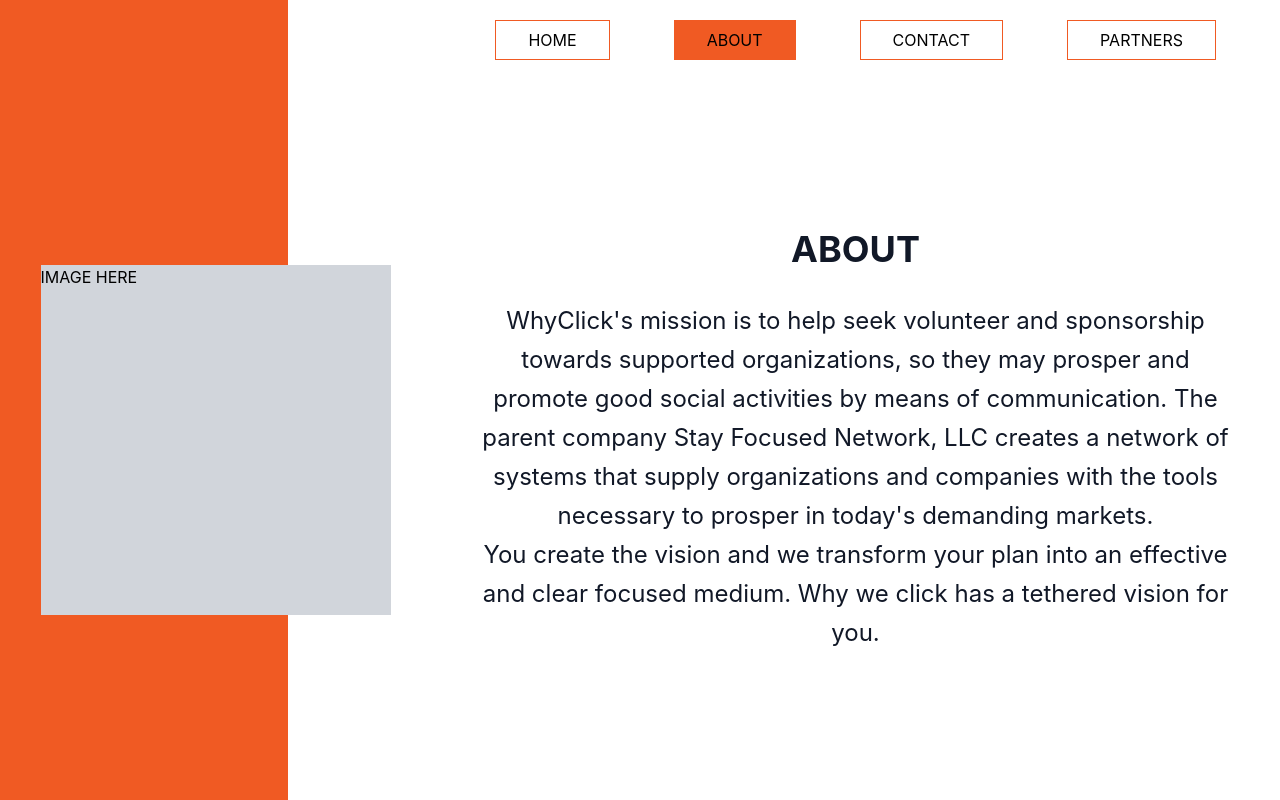
Repository: legenddev1202/whyclicktv
Page: /about
An editor plug-in stored every save of this project. The page is shown before and after the next save, followed by the edit.
The browser window is 1280 px wide. The pictures show the whole page.
The project was rebuilt for these pictures with package versions that can differ from the ones it lists, and the page was loaded fresh each time. Also part of the build but not shown: src/App.css, src/pages/home.js, src/pages/contact.js, src/pages/partners.js, src/pages/referral.js.

Above is the page before, as saved 2022-03-31 12:00:36.

### public/index.html
<!DOCTYPE html>
<html lang="en">
  <head>
    <meta charset="utf-8" />
    <link rel="icon" href="%PUBLIC_URL%/favicon.ico" />
    <meta name="viewport" content="width=device-width, initial-scale=1" />
    <meta name="theme-color" content="#000000" />
    <meta name="description" content="why-click" />
    <link rel="apple-touch-icon" href="%PUBLIC_URL%/favicon.ico" />
    <!--
      manifest.json provides metadata used when your web app is installed on a
      user's mobile device or desktop. See https://developers.google.com/web/fundamentals/web-app-manifest/
    -->
    <link rel="manifest" href="%PUBLIC_URL%/manifest.json" />
    <!--
      Notice the use of %PUBLIC_URL% in the tags above.
      It will be replaced with the URL of the `public` folder during the build.
      Only files inside the `public` folder can be referenced from the HTML.

      Unlike "/favicon.ico" or "favicon.ico", "%PUBLIC_URL%/favicon.ico" will
      work correctly both with client-side routing and a non-root public URL.
      Learn how to configure a non-root public URL by running `npm run build`.
    -->
    <title>WhyClick.tv</title>
  </head>
  <body>
    <noscript>WhyClick.tv</noscript>
    <div id="root"></div>
    <!--
      This HTML file is a template.
      If you open it directly in the browser, you will see an empty page.

      You can add webfonts, meta tags, or analytics to this file.
      The build step will place the bundled scripts into the <body> tag.

      To begin the development, run `npm start` or `yarn start`.
      To create a production bundle, use `npm run build` or `yarn build`.
    -->
  </body>
</html>

### src/index.css
@tailwind base;
@tailwind components;
@tailwind utilities;

body {
  margin: 0;
  font-family: -apple-system, BlinkMacSystemFont, "Segoe UI", "Roboto", "Oxygen",
    "Ubuntu", "Cantarell", "Fira Sans", "Droid Sans", "Helvetica Neue",
    sans-serif;
  -webkit-font-smoothing: antialiased;
  -moz-osx-font-smoothing: grayscale;
  height: 100%;
  min-height: 500px;
}

code {
  font-family: source-code-pro, Menlo, Monaco, Consolas, "Courier New",
    monospace;
}

### src/App.js
import { Routes, Route, Link } from "react-router-dom";
import "./App.css";
import Home from "./pages/home";
import About from "./pages/about";
import Contact from "./pages/contact";
import Partners from "./pages/partners";
import Referral from "./pages/referral";

function App() {
  return (
    <Routes>
      <Route path="/" element={<Home />} />
      <Route path="about" element={<About />} />
      <Route path="contact" element={<Contact />} />
      <Route path="partners" element={<Partners />} />
      <Route path="referrel" element={<Referral />} />
    </Routes>
  );
}

export default App;

### src/pages/about.js
import React from "react";
import { Routes, Route, Link } from "react-router-dom";

function About() {
  return (
    <div>
      <div className="bg-transparent w-full h-20 flex items-center px-8 justify-between z-0">
        <div>
          <div
            className="absolute w-72 h-20 top-0 left-0"
            style={{ backgroundColor: "#F05A23" }}
          ></div>
        </div>
        <div className="bg-transparent">
          <button
            className="h-10 px-8 mx-8 border"
            style={{ borderColor: "#F05A23" }}
          >
            <Link to="/">HOME</Link>
          </button>
          <button
            className="h-10 px-8 mx-8 border"
            style={{ borderColor: "#F05A23", backgroundColor: "#F05A23" }}
          >
            <Link to="/about">ABOUT</Link>
          </button>
          <button
            className="h-10 px-8 mx-8 border"
            style={{ borderColor: "#F05A23" }}
          >
            <Link to="/contact">CONTACT</Link>
          </button>
          <button
            className="h-10 px-8 mx-8 border"
            style={{ borderColor: "#F05A23" }}
          >
            <Link to="/partners">PARTNERS</Link>
          </button>
        </div>
      </div>

      <div className="flex h-full w-full items-center justify-around absolute z-20 mx-auto ml-auto">
        <div
          className="bg-gray-300"
          style={{ width: "350px", height: "350px" }}
        >
          IMAGE HERE
        </div>
        <div className="max-w-3xl flex flex-col items-center justify-center">
          <div className="text-4xl font-bold mb-8 text-gray-900">ABOUT</div>
          <div className="text-2xl text-center leading-relaxed text-gray-900">
            WhyClick's mission is to help seek volunteer and sponsorship towards
            supported organizations, so they may prosper and promote good social
            activities by means of communication. The parent company Stay
            Focused Network, LLC creates a network of systems that supply
            organizations and companies with the tools necessary to prosper in
            today's demanding markets.
            <br /> You create the vision and we transform your plan into an
            effective and clear focused medium. Why we click has a tethered
            vision for you.
          </div>
        </div>
      </div>
      <div
        className="absolute w-72 h-full left-0 z-10"
        style={{ backgroundColor: "#F05A23" }}
      ></div>
    </div>
  );
}

export default About;

Loaded but not shown: src/index.js (common file); src/reportWebVitals.js (common file); tailwind.config.js (common file)

After the next save:
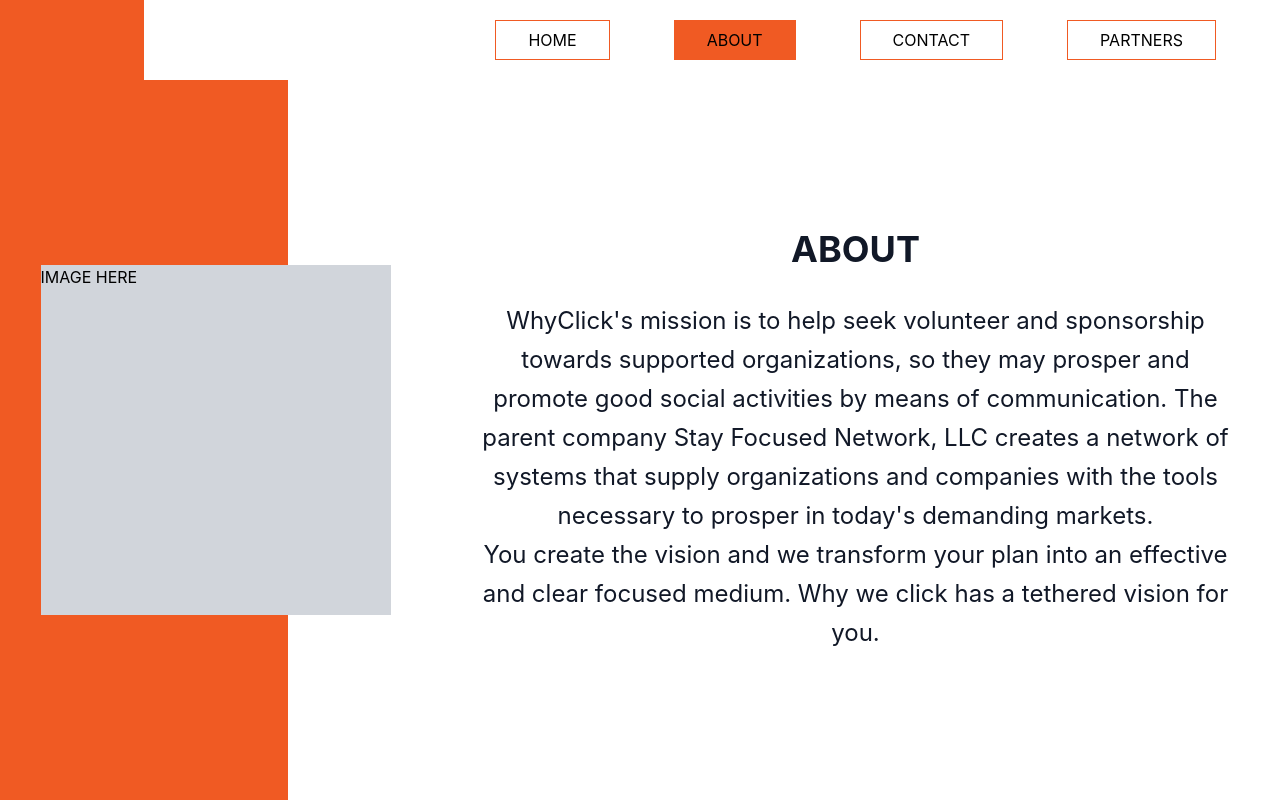
Saved 49 s later.
--- a/src/pages/about.js
+++ b/src/pages/about.js
@@ -7,7 +7,7 @@ function About() {
       <div className="bg-transparent w-full h-20 flex items-center px-8 justify-between z-0">
         <div>
           <div
-            className="absolute w-72 h-20 top-0 left-0"
+            className="absolute w-36 h-20 top-0 left-0"
             style={{ backgroundColor: "#F05A23" }}
           ></div>
         </div>
